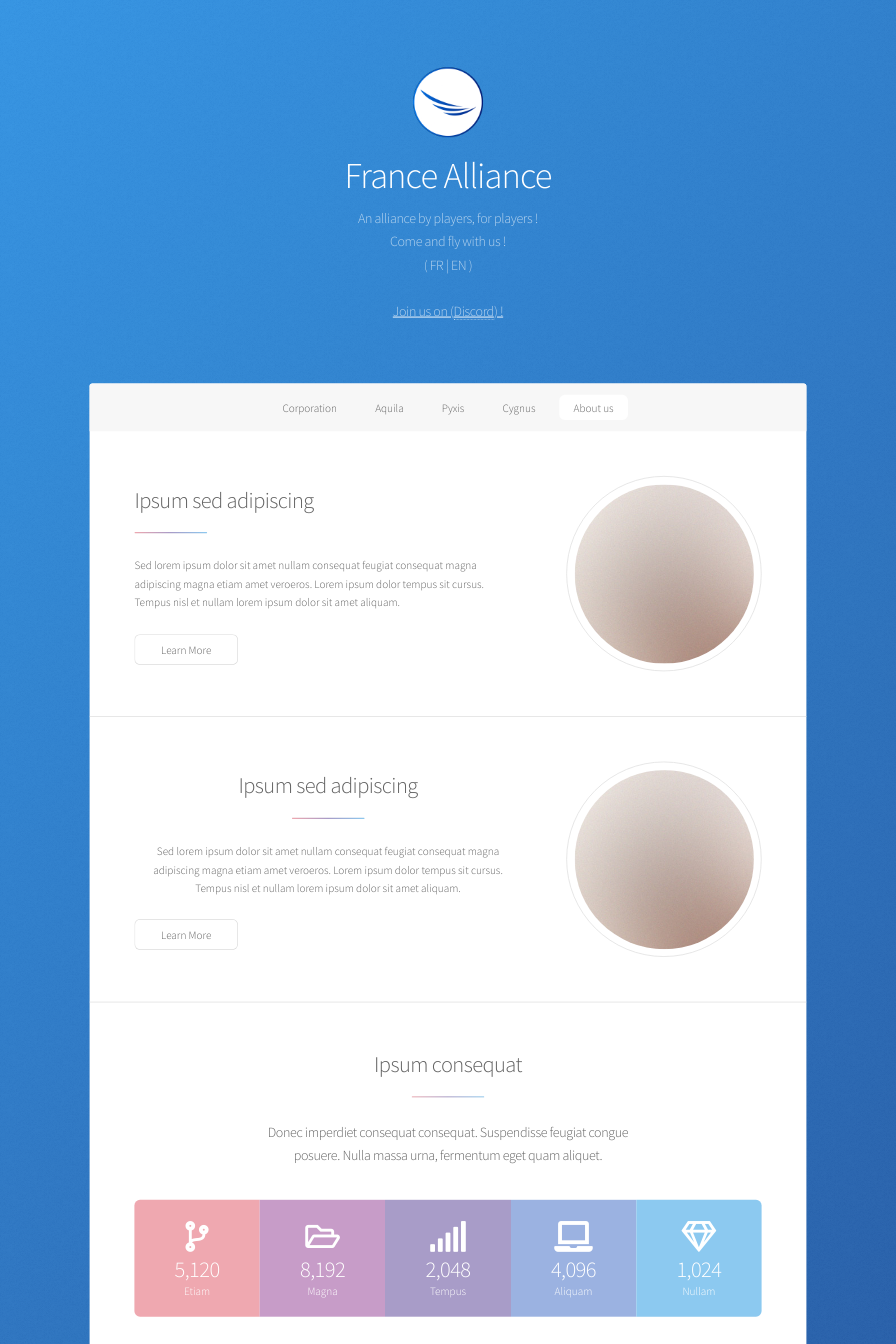
Repository: France-Alliance/France-Alliance.github.io
Page: index.html
The author's editor kept a copy of each file at every save. The page is drawn from the files as they stood at one save, then again after the next save.
The browser window is 1280 px wide. The pictures show the part of the page from y = 0 to 1920 px (the page is 4709 px tall before and 2758 px after), at 70% of full size.

Above is the page before, as saved 2021-04-06 10:12:48.

### index.html
<!DOCTYPE HTML>
<!--
	From Stellar by HTML5 UP
	html5up.net | @ajlkn
	Free for personal and commercial use under the CCA 3.0 license (html5up.net/license)
-->
<html>

<head>
	<title>France Alliance</title>
	<meta charset="utf-8" />
	<meta name="viewport" content="width=device-width, initial-scale=1, user-scalable=no" />
	<link rel="stylesheet" href="assets/css/main.css" />
	<noscript>
		<link rel="stylesheet" href="assets/css/noscript.css" />
	</noscript>
	<script src="https://twemoji.maxcdn.com/v/latest/twemoji.min.js" crossorigin="anonymous"></script>
</head>

<body class="is-preload">

	<!-- Wrapper -->
	<div id="wrapper">

		<!-- Header -->
		<header id="header" class="alt">
			<span class="logo"><img src="images/Fichier 1.png" alt="" /></span>
			<h1>France Alliance</h1>
			<p>An alliance by players, for players !<br>
				Come and fly with us !<br>
				( FR | EN )<br>
				<br><u>Join us on (<a href="https://discord.com/invite/ZGWHpfm">Discord</a>) !</u>
			</p>
		</header>

		<!-- Nav -->
		<nav id="nav">
			<ul>
				<li><a href="#intro" class="active">Corporation</a></li>
				<li><a href="#first">Aquila</a></li>
				<li><a href="#second">Pyxis</a></li>
				<li><a href="#third">Cygnus</a></li>
				<li><a href="#au">About us</a></li>
			</ul>
		</nav>

		<!-- Main -->
		<div id="main">

			<!-- Introduction -->
			<section id="intro" class="main">
				<div class="spotlight">
					<div class="content">
						<header class="major">
							<h2>Ipsum sed adipiscing</h2>
						</header>
						<p>Sed lorem ipsum dolor sit amet nullam consequat feugiat consequat magna
							adipiscing magna etiam amet veroeros. Lorem ipsum dolor tempus sit cursus.
							Tempus nisl et nullam lorem ipsum dolor sit amet aliquam.</p>
						<ul class="actions">
							<li><a href="generic.html" class="button">Learn More</a></li>
						</ul>
					</div>
					<span class="image"><img src="images/pic01.jpg" alt="" /></span>
				</div>
			</section>

			<!-- First Section -->
			<section id="first" class="main special">
				<div class="spotlight">
					<div class="content">
						<header class="major">
							<h2>Ipsum sed adipiscing</h2>
						</header>
						<p>Sed lorem ipsum dolor sit amet nullam consequat feugiat consequat magna
							adipiscing magna etiam amet veroeros. Lorem ipsum dolor tempus sit cursus.
							Tempus nisl et nullam lorem ipsum dolor sit amet aliquam.</p>
						<ul class="actions">
							<li><a href="generic.html" class="button">Learn More</a></li>
						</ul>
					</div>
					<span class="image"><img src="images/pic01.jpg" alt="" /></span>
				</div>
			</section>

			<!-- First Section Example
							<section id="second" class="main special">
								<header class="major">
									<h2>Magna veroeros</h2>
								</header>
								<ul class="features">
									<li>
										<span class="icon solid major style1 fa-code"></span>
										<h3>Ipsum consequat</h3>
										<p>Sed lorem amet ipsum dolor et amet nullam consequat a feugiat consequat tempus veroeros sed consequat.</p>
									</li>
									<li>
										<span class="icon major style3 fa-copy"></span>
										<h3>Amed sed feugiat</h3>
										<p>Sed lorem amet ipsum dolor et amet nullam consequat a feugiat consequat tempus veroeros sed consequat.</p>
									</li>
									<li>
										<span class="icon major style5 fa-gem"></span>
										<h3>Dolor nullam</h3>
										<p>Sed lorem amet ipsum dolor et amet nullam consequat a feugiat consequat tempus veroeros sed consequat.</p>
									</li>
								</ul>
								<footer class="major">
									<ul class="actions special">
										<li><a href="generic.html" class="button">Learn More</a></li>
									</ul>
								</footer>
							</section>
						-->

			<!-- Second Section
							<section id="second" class="main special">
								<header class="major">
									<h2>Ipsum consequat</h2>
									<p>Donec imperdiet consequat consequat. Suspendisse feugiat congue<br />
									posuere. Nulla massa urna, fermentum eget quam aliquet.</p>
								</header>
								<ul class="statistics">
									<li class="style1">
										<span class="icon solid fa-code-branch"></span>
										<strong>5,120</strong> Etiam
									</li>
									<li class="style2">
										<span class="icon fa-folder-open"></span>
										<strong>8,192</strong> Magna
									</li>
									<li class="style3">
										<span class="icon solid fa-signal"></span>
										<strong>2,048</strong> Tempus
									</li>
									<li class="style4">
										<span class="icon solid fa-laptop"></span>
										<strong>4,096</strong> Aliquam
									</li>
									<li class="style5">
										<span class="icon fa-gem"></span>
										<strong>1,024</strong> Nullam
									</li>
								</ul>
								<p class="content">Nam elementum nisl et mi a commodo porttitor. Morbi sit amet nisl eu arcu faucibus hendrerit vel a risus. Nam a orci mi, elementum ac arcu sit amet, fermentum pellentesque et purus. Integer maximus varius lorem, sed convallis diam accumsan sed. Etiam porttitor placerat sapien, sed eleifend a enim pulvinar faucibus semper quis ut arcu. Ut non nisl a mollis est efficitur vestibulum. Integer eget purus nec nulla mattis et accumsan ut magna libero. Morbi auctor iaculis porttitor. Sed ut magna ac risus et hendrerit scelerisque. Praesent eleifend lacus in lectus aliquam porta. Cras eu ornare dui curabitur lacinia.</p>
								<footer class="major">
									<ul class="actions special">
										<li><a href="generic.html" class="button">Learn More</a></li>
									</ul>
								</footer>
							</section>
						-->
			<section id="second" class="main special">
				<header class="major">
					<h2>Ipsum consequat</h2>
					<p>Donec imperdiet consequat consequat. Suspendisse feugiat congue<br />
						posuere. Nulla massa urna, fermentum eget quam aliquet.</p>
				</header>
				<ul class="statistics">
					<li class="style1">
						<span class="icon solid fa-code-branch"></span>
						<strong>5,120</strong> Etiam
					</li>
					<li class="style2">
						<span class="icon fa-folder-open"></span>
						<strong>8,192</strong> Magna
					</li>
					<li class="style3">
						<span class="icon solid fa-signal"></span>
						<strong>2,048</strong> Tempus
					</li>
					<li class="style4">
						<span class="icon solid fa-laptop"></span>
						<strong>4,096</strong> Aliquam
					</li>
					<li class="style5">
						<span class="icon fa-gem"></span>
						<strong>1,024</strong> Nullam
					</li>
				</ul>
				<p class="content">Nam elementum nisl et mi a commodo porttitor. Morbi sit amet nisl eu arcu faucibus
					hendrerit vel a risus. Nam a orci mi, elementum ac arcu sit amet, fermentum pellentesque et purus.
					Integer maximus varius lorem, sed convallis diam accumsan sed. Etiam porttitor placerat sapien, sed
					eleifend a enim pulvinar faucibus semper quis ut arcu. Ut non nisl a mollis est efficitur
					vestibulum. Integer eget purus nec nulla mattis et accumsan ut magna libero. Morbi auctor iaculis
					porttitor. Sed ut magna ac risus et hendrerit scelerisque. Praesent eleifend lacus in lectus aliquam
					porta. Cras eu ornare dui curabitur lacinia.</p>
				<footer class="major">
					<ul class="actions special">
						<li><a href="generic.html" class="button">Learn More</a></li>
					</ul>
				</footer>
			</section>

			<section id="first" class="main special">
				<header class="major">
					<h2>Ipsum consequat</h2>
					<p>Donec imperdiet consequat consequat. Suspendisse feugiat congue<br />
					posuere. Nulla massa urna, fermentum eget quam aliquet.</p>
				</header>
				<ul class="statistics">
					<li class="style1">
						<span class="icon solid fa-code-branch"></span>
						<strong>5,120</strong> Etiam
					</li>
					<li class="style2">
						<span class="icon fa-folder-open"></span>
						<strong>8,192</strong> Magna
					</li>
					<li class="style3">
						<span class="icon solid fa-signal"></span>
						<strong>2,048</strong> Tempus
					</li>
					<li class="style4">
						<span class="icon solid fa-laptop"></span>
						<strong>4,096</strong> Aliquam
					</li>
					<li class="style5">
						<span class="icon fa-gem"></span>
						<strong>1,024</strong> Nullam
					</li>
				</ul>
				<p class="content">Nam elementum nisl et mi a commodo porttitor. Morbi sit amet nisl eu arcu faucibus hendrerit vel a risus. Nam a orci mi, elementum ac arcu sit amet, fermentum pellentesque et purus. Integer maximus varius lorem, sed convallis diam accumsan sed. Etiam porttitor placerat sapien, sed eleifend a enim pulvinar faucibus semper quis ut arcu. Ut non nisl a mollis est efficitur vestibulum. Integer eget purus nec nulla mattis et accumsan ut magna libero. Morbi auctor iaculis porttitor. Sed ut magna ac risus et hendrerit scelerisque. Praesent eleifend lacus in lectus aliquam porta. Cras eu ornare dui curabitur lacinia.</p>
				<footer class="major">
					<ul class="actions special">
						<li><a href="generic.html" class="button">Learn More</a></li>
					</ul>
				</footer>
			</section>


			<!-- Third Section -->
			<section id="third" class="main special">
				<header class="major">
					<h2>Ipsum consequat</h2>
					<p>Donec imperdiet consequat consequat. Suspendisse feugiat congue<br />
						posuere. Nulla massa urna, fermentum eget quam aliquet.</p>
				</header>
				<ul class="statistics">
					<li class="style1">
						<span class="icon solid fa-code-branch"></span>
						<strong>5,120</strong> Etiam
					</li>
					<li class="style2">
						<span class="icon fa-folder-open"></span>
						<strong>8,192</strong> Magna
					</li>
					<li class="style3">
						<span class="icon solid fa-signal"></span>
						<strong>2,048</strong> Tempus
					</li>
					<li class="style4">
						<span class="icon solid fa-laptop"></span>
						<strong>4,096</strong> Aliquam
					</li>
					<li class="style5">
						<span class="icon fa-gem"></span>
						<strong>1,024</strong> Nullam
					</li>
				</ul>
				<p class="content">Nam elementum nisl et mi a commodo porttitor. Morbi sit amet nisl eu arcu faucibus
					hendrerit vel a risus. Nam a orci mi, elementum ac arcu sit amet, fermentum pellentesque et purus.
					Integer maximus varius lorem, sed convallis diam accumsan sed. Etiam porttitor placerat sapien, sed
					eleifend a enim pulvinar faucibus semper quis ut arcu. Ut non nisl a mollis est efficitur
					vestibulum. Integer eget purus nec nulla mattis et accumsan ut magna libero. Morbi auctor iaculis
					porttitor. Sed ut magna ac risus et hendrerit scelerisque. Praesent eleifend lacus in lectus aliquam
					porta. Cras eu ornare dui curabitur lacinia.</p>
				<footer class="major">
					<ul class="actions special">
						<li><a href="generic.html" class="button">Learn More</a></li>
					</ul>
				</footer>
			</section>

			<!-- About us -->
			<section id="au" class="main special">
				<header class="major">
					<h2>Congue imperdiet</h2>
					<p>Donec imperdiet consequat consequat. Suspendisse feugiat congue<br />
						posuere. Nulla massa urna, fermentum eget quam aliquet.</p>
				</header>
				<footer class="major">
					<ul class="actions special">
						<li><a href="generic.html" class="button primary">Get Started</a></li>
						<li><a href="generic.html" class="button">Learn More</a></li>
					</ul>
				</footer>
			</section>

		</div>

		<!-- Footer -->
		<footer id="footer">
			<section>
				<h2>Aliquam sed mauris</h2>
				<p>Sed lorem ipsum dolor sit amet et nullam consequat feugiat consequat magna adipiscing tempus etiam
					dolore veroeros. eget dapibus mauris. Cras aliquet, nisl ut viverra sollicitudin, ligula erat
					egestas velit, vitae tincidunt odio.</p>
				<ul class="actions">
					<li><a href="generic.html" class="button">Learn More</a></li>
				</ul>
			</section>
			<section>
				<h2>Contact</h2>
				<dl class="alt">
					<dt>Playrion's Address</dt>
					<dd>40 rue de Barbès &bull; Montrouge, Ile de France 92120 &bull; FR</dd>
					<dt>Playrion's email</dt>
					<dd>(+33) 00 00 00 00 00</dd>
					<dt>Email</dt>
					<dd><a href="#">am2.francealliance@gmail.com</a></dd>
				</dl>
				<ul class="icons">
					<li><a href="https://twitter.com/FranceAlliance" class="icon brands fa-twitter alt"><span
								class="label">Twitter</span></a></li>
					<!--<li><a href="#" class="icon brands fa-facebook-f alt"><span class="label">Facebook</span></a></li>-->
					<li><a href="https://www.instagram.com/francealliance" class="icon brands fa-instagram alt"><span
								class="label">Instagram</span></a></li>
					<li><a href="https://github.com/France-Alliance" class="icon brands fa-github alt"><span
								class="label">GitHub</span></a></li>
					<!--<li><a href="#" class="icon brands fa-dribbble alt"><span class="label">Dribbble</span></a></li>-->
				</ul>
			</section>
			<p class="copyright">&copy; By Darrzake for France Alliance based on Stellar from <a
					href="https://html5up.net">HTML5 UP</a>.</p>
		</footer>

	</div>

	<!-- Scripts -->
	<script src="assets/js/jquery.min.js"></script>
	<script src="assets/js/jquery.scrollex.min.js"></script>
	<script src="assets/js/jquery.scrolly.min.js"></script>
	<script src="assets/js/browser.min.js"></script>
	<script src="assets/js/breakpoints.min.js"></script>
	<script src="assets/js/util.js"></script>
	<script src="assets/js/main.js"></script>

</body>

</html>

Loaded but not shown: assets/js/jquery.min.js (library); assets/js/jquery.scrollex.min.js (common file); assets/css/fontawesome-all.min.css (library); assets/js/jquery.scrolly.min.js (common file); assets/js/browser.min.js (common file); assets/js/breakpoints.min.js (common file); assets/js/util.js (587 lines, source omitted); assets/js/main.js (123 lines, source omitted); assets/css/main.css (3784 lines, source omitted)

After the next save:
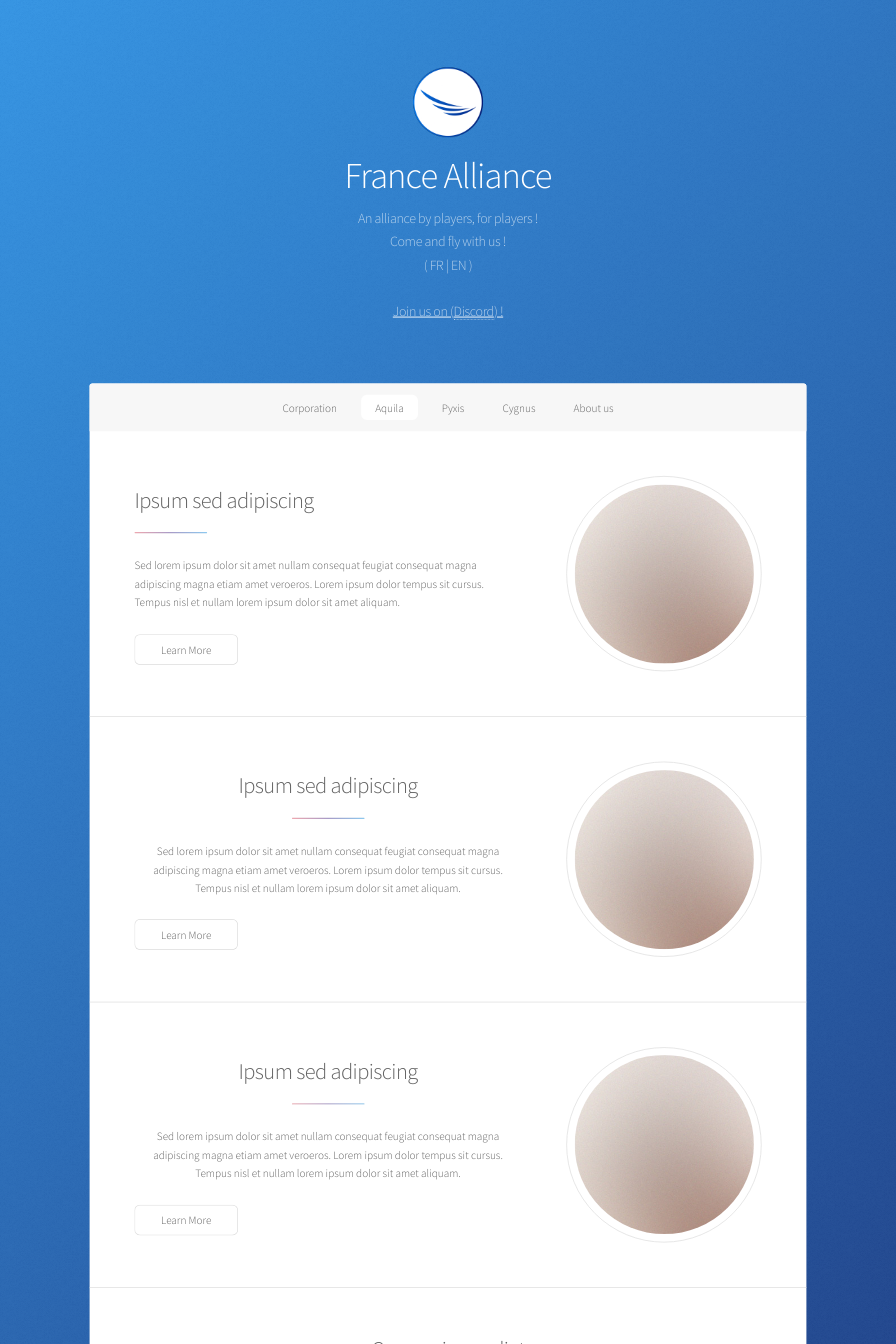
Saved 20 s later.
--- a/index.html
+++ b/index.html
@@ -151,125 +151,20 @@
 							</section>
 						-->
 			<section id="second" class="main special">
-				<header class="major">
-					<h2>Ipsum consequat</h2>
-					<p>Donec imperdiet consequat consequat. Suspendisse feugiat congue<br />
-						posuere. Nulla massa urna, fermentum eget quam aliquet.</p>
-				</header>
-				<ul class="statistics">
-					<li class="style1">
-						<span class="icon solid fa-code-branch"></span>
-						<strong>5,120</strong> Etiam
-					</li>
-					<li class="style2">
-						<span class="icon fa-folder-open"></span>
-						<strong>8,192</strong> Magna
-					</li>
-					<li class="style3">
-						<span class="icon solid fa-signal"></span>
-						<strong>2,048</strong> Tempus
-					</li>
-					<li class="style4">
-						<span class="icon solid fa-laptop"></span>
-						<strong>4,096</strong> Aliquam
-					</li>
-					<li class="style5">
-						<span class="icon fa-gem"></span>
-						<strong>1,024</strong> Nullam
-					</li>
-				</ul>
-				<p class="content">Nam elementum nisl et mi a commodo porttitor. Morbi sit amet nisl eu arcu faucibus
-					hendrerit vel a risus. Nam a orci mi, elementum ac arcu sit amet, fermentum pellentesque et purus.
-					Integer maximus varius lorem, sed convallis diam accumsan sed. Etiam porttitor placerat sapien, sed
-					eleifend a enim pulvinar faucibus semper quis ut arcu. Ut non nisl a mollis est efficitur
-					vestibulum. Integer eget purus nec nulla mattis et accumsan ut magna libero. Morbi auctor iaculis
-					porttitor. Sed ut magna ac risus et hendrerit scelerisque. Praesent eleifend lacus in lectus aliquam
-					porta. Cras eu ornare dui curabitur lacinia.</p>
-				<footer class="major">
-					<ul class="actions special">
-						<li><a href="generic.html" class="button">Learn More</a></li>
-					</ul>
-				</footer>
-			</section>
-
-			<section id="first" class="main special">
-				<header class="major">
-					<h2>Ipsum consequat</h2>
-					<p>Donec imperdiet consequat consequat. Suspendisse feugiat congue<br />
-					posuere. Nulla massa urna, fermentum eget quam aliquet.</p>
-				</header>
-				<ul class="statistics">
-					<li class="style1">
-						<span class="icon solid fa-code-branch"></span>
-						<strong>5,120</strong> Etiam
-					</li>
-					<li class="style2">
-						<span class="icon fa-folder-open"></span>
-						<strong>8,192</strong> Magna
-					</li>
-					<li class="style3">
-						<span class="icon solid fa-signal"></span>
-						<strong>2,048</strong> Tempus
-					</li>
-					<li class="style4">
-						<span class="icon solid fa-laptop"></span>
-						<strong>4,096</strong> Aliquam
-					</li>
-					<li class="style5">
-						<span class="icon fa-gem"></span>
-						<strong>1,024</strong> Nullam
-					</li>
-				</ul>
-				<p class="content">Nam elementum nisl et mi a commodo porttitor. Morbi sit amet nisl eu arcu faucibus hendrerit vel a risus. Nam a orci mi, elementum ac arcu sit amet, fermentum pellentesque et purus. Integer maximus varius lorem, sed convallis diam accumsan sed. Etiam porttitor placerat sapien, sed eleifend a enim pulvinar faucibus semper quis ut arcu. Ut non nisl a mollis est efficitur vestibulum. Integer eget purus nec nulla mattis et accumsan ut magna libero. Morbi auctor iaculis porttitor. Sed ut magna ac risus et hendrerit scelerisque. Praesent eleifend lacus in lectus aliquam porta. Cras eu ornare dui curabitur lacinia.</p>
-				<footer class="major">
-					<ul class="actions special">
-						<li><a href="generic.html" class="button">Learn More</a></li>
-					</ul>
-				</footer>
-			</section>
-
-
-			<!-- Third Section -->
-			<section id="third" class="main special">
-				<header class="major">
-					<h2>Ipsum consequat</h2>
-					<p>Donec imperdiet consequat consequat. Suspendisse feugiat congue<br />
-						posuere. Nulla massa urna, fermentum eget quam aliquet.</p>
-				</header>
-				<ul class="statistics">
-					<li class="style1">
-						<span class="icon solid fa-code-branch"></span>
-						<strong>5,120</strong> Etiam
-					</li>
-					<li class="style2">
-						<span class="icon fa-folder-open"></span>
-						<strong>8,192</strong> Magna
-					</li>
-					<li class="style3">
-						<span class="icon solid fa-signal"></span>
-						<strong>2,048</strong> Tempus
-					</li>
-					<li class="style4">
-						<span class="icon solid fa-laptop"></span>
-						<strong>4,096</strong> Aliquam
-					</li>
-					<li class="style5">
-						<span class="icon fa-gem"></span>
-						<strong>1,024</strong> Nullam
-					</li>
-				</ul>
-				<p class="content">Nam elementum nisl et mi a commodo porttitor. Morbi sit amet nisl eu arcu faucibus
-					hendrerit vel a risus. Nam a orci mi, elementum ac arcu sit amet, fermentum pellentesque et purus.
-					Integer maximus varius lorem, sed convallis diam accumsan sed. Etiam porttitor placerat sapien, sed
-					eleifend a enim pulvinar faucibus semper quis ut arcu. Ut non nisl a mollis est efficitur
-					vestibulum. Integer eget purus nec nulla mattis et accumsan ut magna libero. Morbi auctor iaculis
-					porttitor. Sed ut magna ac risus et hendrerit scelerisque. Praesent eleifend lacus in lectus aliquam
-					porta. Cras eu ornare dui curabitur lacinia.</p>
-				<footer class="major">
-					<ul class="actions special">
-						<li><a href="generic.html" class="button">Learn More</a></li>
-					</ul>
-				</footer>
+				<div class="spotlight">
+					<div class="content">
+						<header class="major">
+							<h2>Ipsum sed adipiscing</h2>
+						</header>
+						<p>Sed lorem ipsum dolor sit amet nullam consequat feugiat consequat magna
+							adipiscing magna etiam amet veroeros. Lorem ipsum dolor tempus sit cursus.
+							Tempus nisl et nullam lorem ipsum dolor sit amet aliquam.</p>
+						<ul class="actions">
+							<li><a href="generic.html" class="button">Learn More</a></li>
+						</ul>
+					</div>
+					<span class="image"><img src="images/pic01.jpg" alt="" /></span>
+				</div>
 			</section>
 
 			<!-- About us -->
